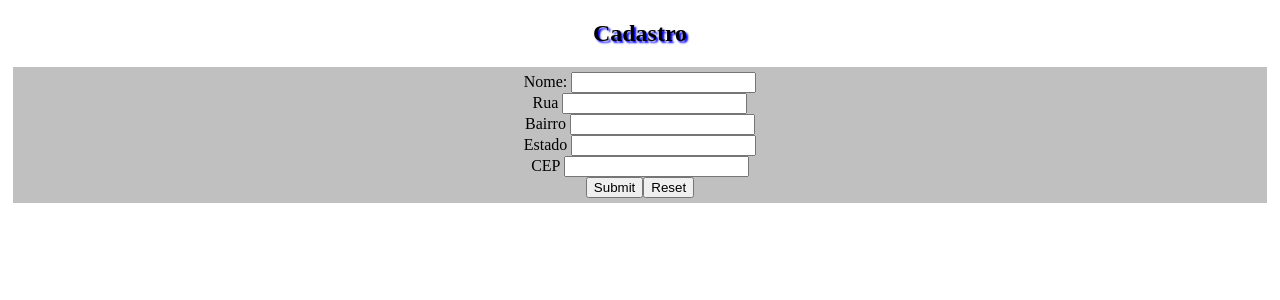
Repository: ViniciusyLima/SpringToolSuite4
Page: http://localhost/aula05/Cadastro.jsp
These files come from the project's save history. The page is drawn as it stood at one moment and after the next save; the edit follows.
The browser window is 1280 px wide. The pictures show the whole page.
The page is served by Tomcat 9.

Above is the page before, as saved 2023-09-06 12:26:28.

After the next save:
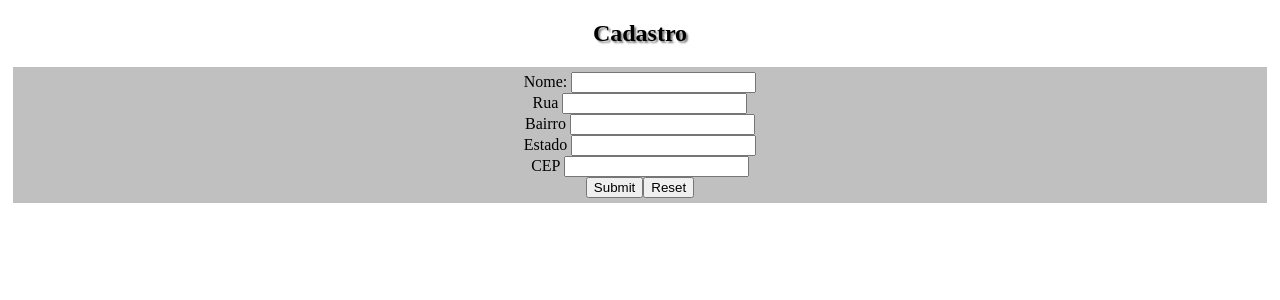
Saved 34 s later.
--- a/aula05/src/main/webapp/Style.css
+++ b/aula05/src/main/webapp/Style.css
@@ -12,5 +12,5 @@
 
 h2 {
 	text-align: center;
-	text-shadow: 2px 2px 2px rgb(0, 0, 255);
+	text-shadow: 2px 2px 2px rgb(128, 128, 128);
 }
